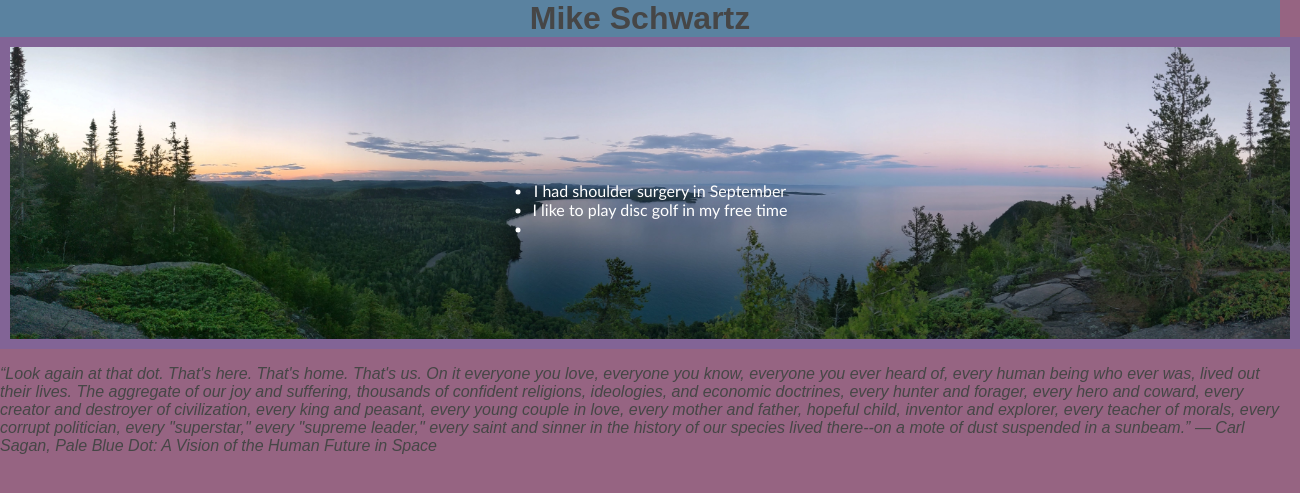
Repository: Ellusionism/prime-pw-week-1-assignment
Page: assignment/index.html
The author's editor kept a copy of each file at every save. The page is drawn from the files as they stood at one save, then again after a run of saves.
The browser window is 1280 px wide. The page is 1300 px wide, so the pictures cover 1300 px, including what lies to the right of the window. The pictures show the whole page.

Above is the page before, as saved 2022-10-26 16:09:44.

### assignment/index.html
<!DOCTYPE html>
<html>
<head>
    <meta charset="utf-8" />
    <meta http-equiv="X-UA-Compatible" content="IE=edge">
    <!-- Change the <title> from "Page Title" to "Hello World" -->
    <title>Hello World</title>
    <meta name="viewport" content="width=device-width, initial-scale=1">

    <link rel="stylesheet" type="text/css" media="screen" href="style.css" />
</head>
<body>
    <!-- Create a header element  -->
    <header>
        <h1 class="name">Mike Schwartz</h1>
    </header>
    <!-- Inside the header, add an <h1> element containing your name -->

    <!-- Include an image -->
    <div class="container">
        <img src="mtjosephine.jpg" alt="Mount Josephine summit view" class="img">

        <ul class="fun-facts">
            <li>I had shoulder surgery in September</li>
            <li>I like to play disc golf in my free time</li>
            <li></li>
        </ul>
    </div>
    <!-- Create an unordered list with 3 list items of fun facts about you -->

    <!-- Create a footer element -->
    <footer class="fav-quote clearfix">
        <p>“Look again at that dot. That's here. That's home. That's us. On it everyone you love, everyone you know, everyone you ever heard of, every human being who ever was, lived out their lives. The aggregate of our joy and suffering, thousands of confident religions, ideologies, and economic doctrines, every hunter and forager, every hero and coward, every creator and destroyer of civilization, every king and peasant, every young couple in love, every mother and father, hopeful child, inventor and explorer, every teacher of morals, every corrupt politician, every "superstar," every "supreme leader," every saint and sinner in the history of our species lived there--on a mote of dust suspended in a sunbeam.”
            ― Carl Sagan, Pale Blue Dot: A Vision of the Human Future in Space</p>
    </footer>
    <!-- Inside your footer, put a <p> element with your favorite quote -->
</body>
</html>

### assignment/style.css
/* Give your page a fun background color */
body {
 background-color: rgb(150, 100, 130);
 margin: 0;
 font-family: Arial, Helvetica, sans-serif;
}
/* Make the header and footer a different color from the background */
header {
 background-color: rgb(90, 130, 160);
}
/* Align the h1 containing your name in the center of the header*/
.name {
 color:rgb(70, 70, 70);
 text-align: center;
 margin: 0;
}
/* Make your p tag a different color and italic */
.fav-quote {
 color: rgb(70, 70, 70);
 font-style: italic;
}
/* Put a border around your image */
.img {
 border: 10px solid  rgb(130, 100, 150);
 padding: 0;
 display: block;
 margin: auto;
 max-height: 100%;
 max-width: 100%;
}
/* Change the font-family of your list */
.fun-facts {
 color: #fff;
 font-family:'Gill Sans', 'Gill Sans MT', Calibri, 'Trebuchet MS', sans-serif;
 position: absolute;
 top: 50%;
 left: 50%;
 transform: translate(-50%, -50%);
}
 .container {
  position: relative;
  text-align: center;
 }

After the next 2 saves:
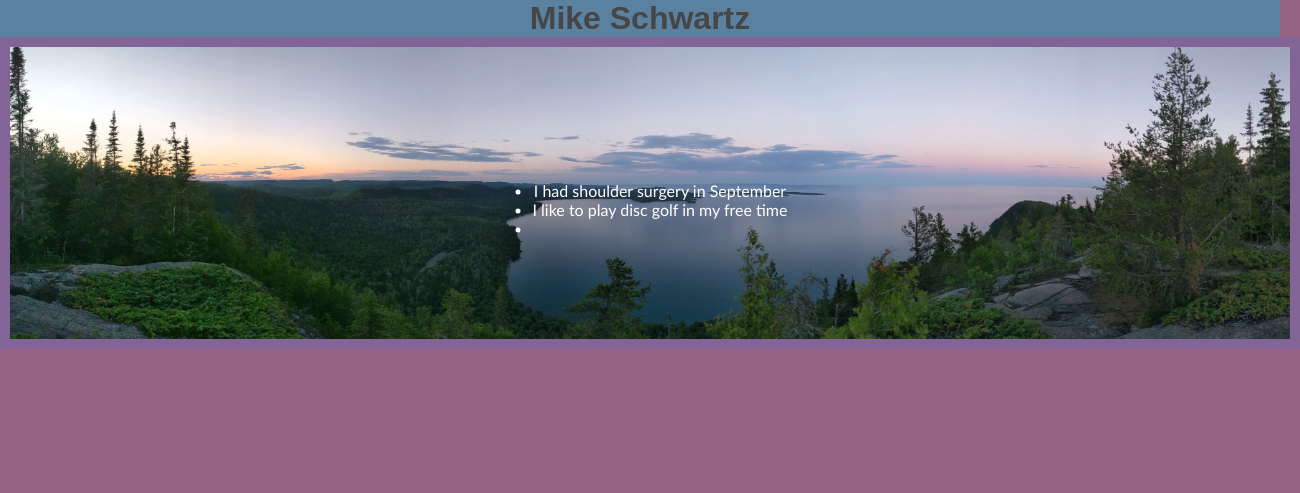
The 2 saves are shown as one change because they came seconds apart.
The last was saved 8 s later.
--- a/assignment/style.css
+++ b/assignment/style.css
@@ -38,6 +38,6 @@
  transform: translate(-50%, -50%);
 }
  .container {
-  position: relative;
+  position: absolute;
   text-align: center;
  }

After the save that followed:
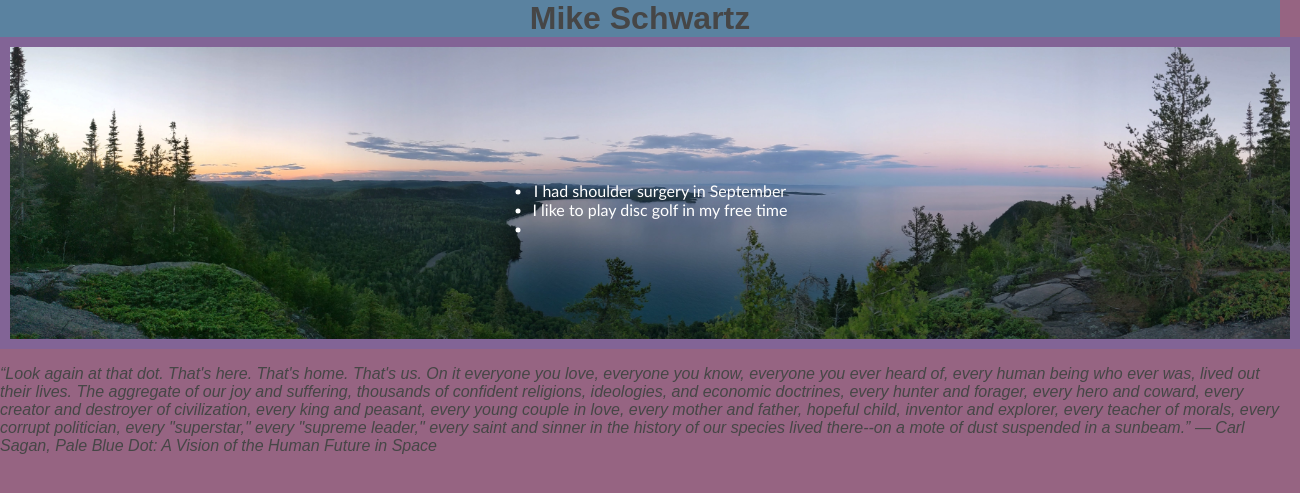
Saved 7 s later.
--- a/assignment/style.css
+++ b/assignment/style.css
@@ -38,6 +38,6 @@
  transform: translate(-50%, -50%);
 }
  .container {
-  position: absolute;
+  position: relative;
   text-align: center;
  }
